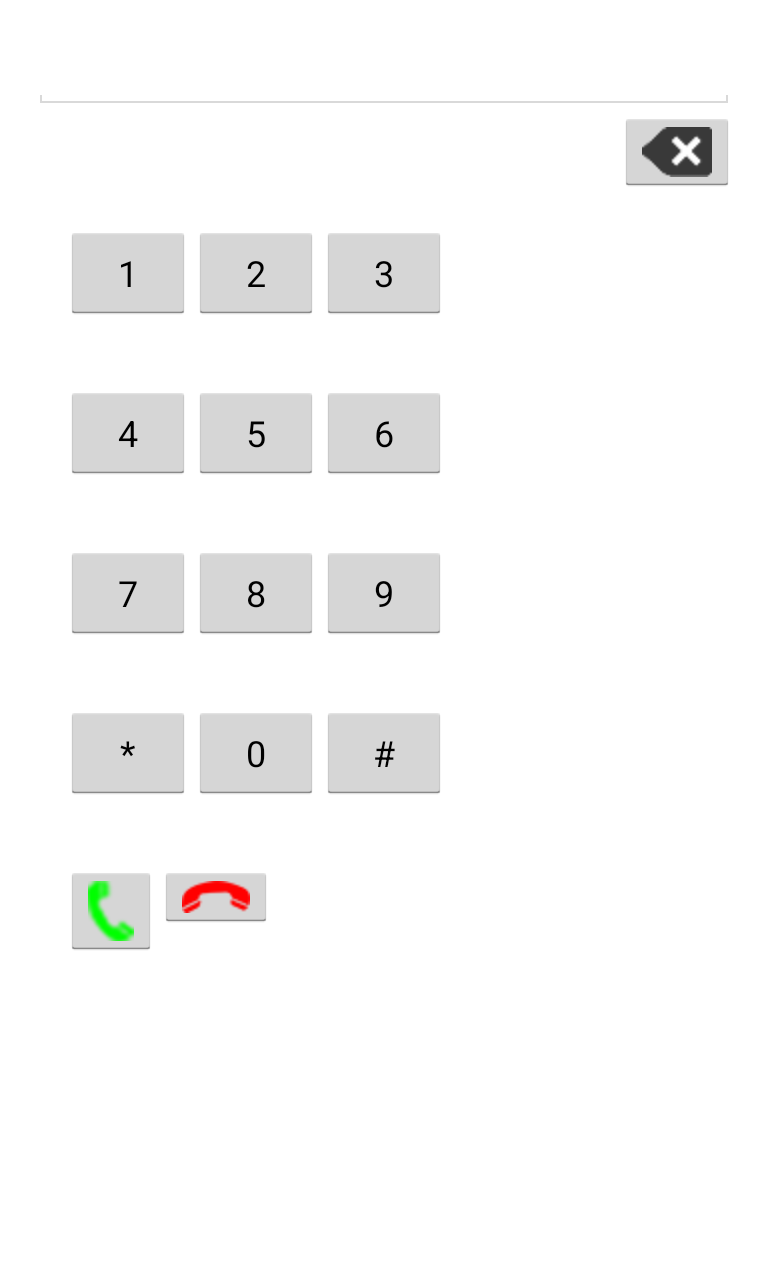
Repository: andreeastoican/Laborator03
Layout: PhoneDialer/res/layout/activity_phone_dialer.xml
These files come from the project's save history. The layout is drawn as it stood at one moment and after the next save; the edit follows.
It is drawn on a 768 x 1280 px phone screen (xhdpi) without system bars, with theme AppTheme; the app's code is not run.

Above is the layout before, as saved 2015-03-10 09:42:20.

### PhoneDialer/res/layout/activity_phone_dialer.xml
<RelativeLayout xmlns:android="http://schemas.android.com/apk/res/android"
    xmlns:tools="http://schemas.android.com/tools"
    android:layout_width="match_parent"
    android:layout_height="match_parent"
    android:paddingBottom="@dimen/activity_vertical_margin"
    android:paddingLeft="@dimen/activity_horizontal_margin"
    android:paddingRight="@dimen/activity_horizontal_margin"
    android:paddingTop="@dimen/activity_vertical_margin"
    tools:context="ro.pub.cs.systems.pdsd.lab03.phonedialer.PhoneDialerActivity" >

    <EditText
        android:id="@+id/id_edit_text"
		android:layout_width="fill_parent"
	    android:layout_height="wrap_content"
	    android:ems="10"
	    android:inputType="text"
	    android:enabled="false"
        />

    <ImageButton
        android:id="@+id/id_img_button"
        android:layout_width="wrap_content"
        android:layout_height="wrap_content"
        android:src="@drawable/backspace"
        android:layout_below="@id/id_edit_text"
        android:layout_alignParentRight="true"
    	/>

	<LinearLayout
	      android:id="@+id/layout1"
		  android:layout_below="@id/id_img_button"
		  android:layout_width="wrap_content"
		  android:layout_height="wrap_content"
		  android:paddingBottom="@dimen/activity_vertical_margin"
		  android:paddingLeft="@dimen/activity_horizontal_margin"
		  android:paddingRight="@dimen/activity_horizontal_margin"
		  android:paddingTop="@dimen/activity_vertical_margin"
		  android:orientation="horizontal">

			<Button
			    android:id="@+id/id1"
			    android:layout_width="wrap_content"
		        android:layout_height="wrap_content"
		        android:text="1"
			    />
			<Button
			    android:id="@+id/id2"
			    android:layout_width="wrap_content"
		        android:layout_height="wrap_content"
		        android:text="2"
			    />
			<Button
			    android:id="@+id/id3"
			    android:layout_width="wrap_content"
		        android:layout_height="wrap_content"
		        android:text="3"
			    />

	</LinearLayout>

	<LinearLayout
	  android:layout_below="@id/layout1"
	  android:id="@+id/layout2"
	  android:layout_width="wrap_content"
	  android:layout_height="wrap_content"
	  android:paddingBottom="@dimen/activity_vertical_margin"
	  android:paddingLeft="@dimen/activity_horizontal_margin"
	  android:paddingRight="@dimen/activity_horizontal_margin"
	  android:paddingTop="@dimen/activity_vertical_margin"
	  android:orientation="horizontal">

		<Button
		    android:id="@+id/id4"
		    android:layout_width="wrap_content"
	        android:layout_height="wrap_content"
	        android:text="4"
		    />
		<Button
		    android:id="@+id/id5"
		    android:layout_width="wrap_content"
	        android:layout_height="wrap_content"
	        android:text="5"
		    />
		<Button
		    android:id="@+id/id6"
		    android:layout_width="wrap_content"
	        android:layout_height="wrap_content"
	        android:text="6"
		    />

	</LinearLayout>


	<LinearLayout
	  android:layout_below="@id/layout2"
	  android:id="@+id/layout3"
	  android:layout_width="wrap_content"
	  android:layout_height="wrap_content"
	  android:paddingBottom="@dimen/activity_vertical_margin"
	  android:paddingLeft="@dimen/activity_horizontal_margin"
	  android:paddingRight="@dimen/activity_horizontal_margin"
	  android:paddingTop="@dimen/activity_vertical_margin"
	  android:orientation="horizontal">

		<Button
		    android:id="@+id/id7"
		    android:layout_width="wrap_content"
	        android:layout_height="wrap_content"
	        android:text="7"
		    />
		<Button
		    android:id="@+id/id8"
		    android:layout_width="wrap_content"
	        android:layout_height="wrap_content"
	        android:text="8"
		    />
		<Button
		    android:id="@+id/id9"
		    android:layout_width="wrap_content"
	        android:layout_height="wrap_content"
	        android:text="9"
		    />

	</LinearLayout>

	<LinearLayout
	  android:layout_below="@id/layout3"
	  android:id="@+id/layout4"
	  android:layout_width="wrap_content"
	  android:layout_height="wrap_content"
	  android:paddingBottom="@dimen/activity_vertical_margin"
	  android:paddingLeft="@dimen/activity_horizontal_margin"
	  android:paddingRight="@dimen/activity_horizontal_margin"
	  android:paddingTop="@dimen/activity_vertical_margin"
	  android:orientation="horizontal">

		<Button
		    android:id="@+id/id10"
		    android:layout_width="wrap_content"
	        android:layout_height="wrap_content"
	        android:text="*"
		    />
		<Button
		    android:id="@+id/id0"
		    android:layout_width="wrap_content"
	        android:layout_height="wrap_content"
	        android:text="0"
		    />
		<Button
		    android:id="@+id/id11"
		    android:layout_width="wrap_content"
	        android:layout_height="wrap_content"
	        android:text="#"
		    />
	</LinearLayout>

	<RelativeLayout
	  android:layout_below="@id/layout4"
	  android:layout_width="wrap_content"
	  android:layout_height="wrap_content"
	  android:paddingBottom="@dimen/activity_vertical_margin"
	  android:paddingLeft="@dimen/activity_horizontal_margin"
	  android:paddingRight="@dimen/activity_horizontal_margin"
	  android:paddingTop="@dimen/activity_vertical_margin"
	  android:orientation="horizontal">

		<ImageButton
		    android:id="@+id/img_on"
		    android:layout_width="wrap_content"
	        android:layout_height="wrap_content"
	        android:src="@drawable/call"
		    />

		<ImageButton
		    android:id="@+id/img_off"
		    android:layout_width="wrap_content"
	        android:layout_height="wrap_content"
	        android:text="#"
	        android:layout_toRightOf="@id/img_on"
	        android:src="@drawable/hangup"
		    />
	</RelativeLayout>"

</RelativeLayout>

Loaded but not shown: PhoneDialer/res/values/styles.xml (common file); PhoneDialer/res/values-v11/styles.xml (common file); PhoneDialer/res/values-v14/styles.xml (common file); PhoneDialer/res/values/dimens.xml (common file); PhoneDialer/res/values-w820dp/dimens.xml (common file)

After the next save:
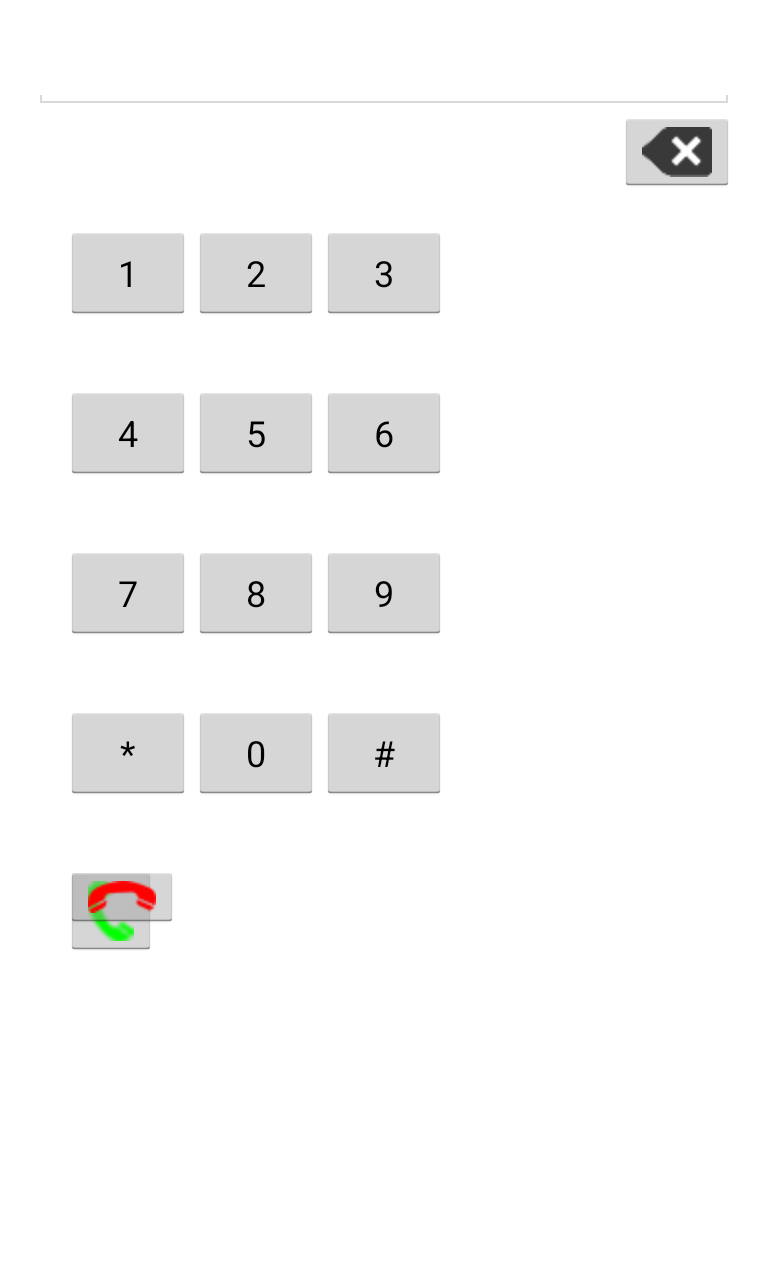
Saved 32 s later.
--- a/PhoneDialer/res/layout/activity_phone_dialer.xml
+++ b/PhoneDialer/res/layout/activity_phone_dialer.xml
@@ -176,7 +176,7 @@
 		    android:layout_width="wrap_content"
 	        android:layout_height="wrap_content"
 	        android:text="#"
-	        android:layout_toRightOf="@id/img_on"
+	        android:layout_alignParentRight="@id/img_on"
 	        android:src="@drawable/hangup"
 		    />
 	</RelativeLayout>"
